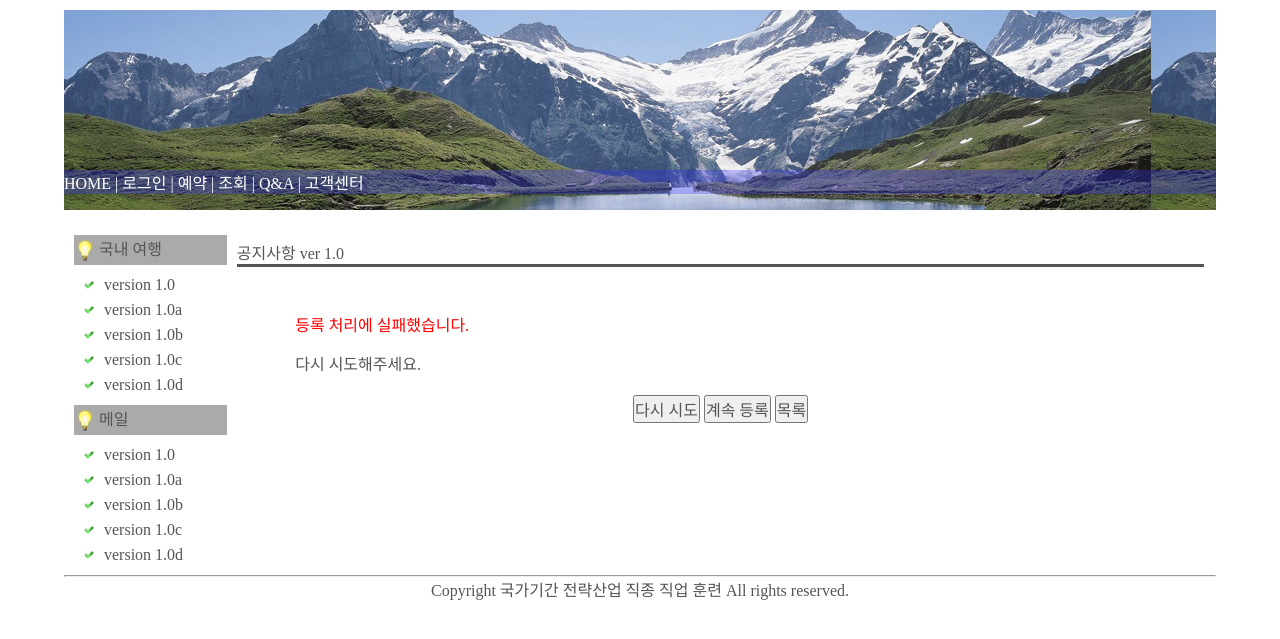
Repository: jangky000/ai_web
Page: http://localhost/blog_v2jc/mail_app/create_proc.jsp
These files come from the project's save history. The page is drawn as it stood at one moment and after the next save; the edit follows.
The browser window is 1280 px wide. The pictures show the whole page.
The page is served by Tomcat 9. Other server files are loaded and not shown. Queries for data that is not in the repository find no rows.

Above is the page before, as saved 2020-03-27 05:49:01.

### ws__frame/blog_v2jc/WebContent/mail_app/create_proc.jsp
<%@ page contentType="text/html; charset=UTF-8" %>

 <!-- MySQL에서 DBMS에 연결할때 쓰던 import 패키지와 구성이 같다. -->
 <!-- MovieDAO2.java 참조 -->
<%@ page import="java.sql.Connection" %>
<%@ page import=" java.sql.DriverManager" %>
<%@ page import="java.sql.PreparedStatement" %>
<%@ page import="java.sql.ResultSet" %>
<%@ page import="java.sql.SQLException" %>

<%
request.setCharacterEncoding("utf-8");
String root = request.getContextPath();
%>

<%
// 필요 변수 선언
Connection con = null;              // DBMS 연결
PreparedStatement pstmt = null; // SQL 실행
ResultSet rs = null;                   // SELECT 결과를 저장
StringBuffer sql = null;              // SQL 문장
int count = 0;                         // 처리된 레코드 갯수

// MYSQL
// String className = "org.gjt.mm.mysql.Driver"; // MySQL 연결 Driver
// String url = "jdbc:mysql://172.16.12.4:3306/javadb?useUnicode=true&characterEncoding=euckr"; //데이터베이스 javadb 사용

//Oracle, jdbc 연결
String className = "oracle.jdbc.driver.OracleDriver"; // Oracle 연결 Driver
String url = "jdbc:oracle:thin:@127.0.0.1:1521:XE"; //XE -> soldesk 등으로 달라질 수 있다.

String user = "ai6";
String password = "1234";
%>

<!DOCTYPE html>
<html lang="ko">
<head>
<meta charset="UTF-8">
<title></title>
<link href="<%=root%>/css/style.css" rel="Stylesheet" type="text/css">
</head>
<body>
<jsp:include page="/menu/top.jsp" flush='false' />
  <div class="title_line">공지사항 ver 1.0</div>
  <fieldset class="fieldset_basic">
    <!-- <legend class="legend_basic">공지사항 등록</legend> -->
      <ul>
        <%
        String title = request.getParameter("title");
        String content = request.getParameter("content");
        String rname = request.getParameter("rname");
        String passwd = request.getParameter("passwd");

      //네트워크 설정에 예외처리가 필수
        try {
          Class.forName(className); // memory로 클래스를 로딩함, 객체는 생성하지 않음.
          con = DriverManager.getConnection(url, user, password ); // MySQL 연결

          sql = new StringBuffer();
          //SQL문 앞에 한 칸 공백 만들기 + ' ; '지우기
          sql.append(" INSERT INTO notice(noticeno, title, content, rname, passwd, rdate )");
          sql.append(" VALUES (notice_seq.nextval, ?, ?, ?, ?, sysdate)"); // '?'는 ?값으로 판단, 문자열도 single quatation 없이 사용

          //StringBuffer를 문자열로 변환
          pstmt = con.prepareStatement(sql.toString());

          pstmt.setString(1, title);
          pstmt.setString(2, content);
          pstmt.setString(3, rname);
          pstmt.setString(4, passwd);

          //pstmt 바인딩 후에 실행
          count = pstmt.executeUpdate(); // INSERT, UPDATE, DELETE를 실행

        } catch (SQLException e) {
          System.out.println("SQL 실행 중 예외 발생");
          e.printStackTrace(); // 예외가 발생하기까지의 실행 과정 출력
        } catch (ClassNotFoundException e) {
          System.out.println("JDBC 드라이버가 없습니다.");
          e.printStackTrace();
        } finally {
          //try{ if (rs != null){ rs.close(); } }catch(Exception e){ }
          // 따로 에러 출력하지 않고 연결 종료
          try{ if (pstmt != null){ pstmt.close(); } }catch(Exception e){ }
          try{ if (con != null){ con.close(); } }catch(Exception e){ }
        }

      if(count == 1){
        %>
        <li class="li_none">등록 처리에 성공했습니다.</li>
        <%
      } else{
        %>
        <li class="li_error" >등록 처리에 실패했습니다.</li>
        <li class="li_none">다시 시도해주세요. </li>
        <%
      }
        %>
      </ul>
      <div class ="bottom_menu">
        <!-- onclick = "" javascript 연결 -->
        <%
        if(count == 0){
          %>
          <button type="button" onclick="history.back();">다시 시도</button>
          <%
        }
        %>
        <button type="button" onclick="location.href = './create_form.jsp'">계속 등록</button>
        <button type="button" onclick="location.href = './list.jsp'">목록</button>
      </div>
  </fieldset>

<jsp:include page="/menu/bottom.jsp" flush='false' />
</body>
</html>
</html>

### ws__frame/blog_v2jc/WebContent/menu/top.jsp
<%@ page contentType="text/html; charset=UTF-8" %>
<!-- jsp: include를 사용했기 때문에 root로 인한 충돌이 발생하지 않는다. -->
<% String root = request.getContextPath(); %>

<DIV class='container'>
  <DIV class='top_img'>
    <NAV class="top_menu">
      <a href="<%=root %>" class="menu_link">HOME</a> | 로그인 | 예약 | 조회 | Q&A | 고객센터
    </NAV>
  </DIV>

  <DIV style='margin-top: 10px;'> <!-- 좌측 메뉴 + 내용 시작 -->
    <DIV class='left_menu'> <!--  좌측 메뉴 시작 -->
      <div class="li_left_menu_1" >국내 여행</div>
      <UL>
         <!-- 모든 위치에서 동일한 주소를 찾아야하므로, 절대 경로로 설정 -->
        <LI class="li_left_menu_2"><a href="<%= request.getContextPath() %>/notice1/list.jsp">version 1.0</a></LI>
        <LI class="li_left_menu_2"><a href="<%= request.getContextPath() %>/notice1a/list.jsp">version 1.0a</a></LI>
        <LI class="li_left_menu_2"><a href="<%= request.getContextPath() %>/notice1b/list.jsp">version 1.0b</a></LI>
        <LI class="li_left_menu_2"><a href="<%= request.getContextPath() %>/notice1c/list.jsp">version 1.0c</a></LI>
        <LI class="li_left_menu_2"><a href="<%= request.getContextPath() %>/notice1d/list.jsp">version 1.0d</a></LI>
      </UL>
      <!-- br을 쓰는 것보다 margin으로 여백을 주는 것이 낫다 -->
      <div class="li_left_menu_1">메일</div>
      <UL>
        <LI class="li_left_menu_2"><a href="<%= request.getContextPath() %>/mail_app/list.jsp">version 1.0</a></LI>
        <LI class="li_left_menu_2"><a href="<%= request.getContextPath() %>/mail_app1a/list.jsp">version 1.0a</a></LI>
        <LI class="li_left_menu_2"><a href="<%= request.getContextPath() %>/mail_app1b/list.jsp">version 1.0b</a></LI>
        <LI class="li_left_menu_2"><a href="<%= request.getContextPath() %>/mail_app1c/list.jsp">version 1.0c</a></LI>
        <LI class="li_left_menu_2"><a href="<%= request.getContextPath() %>/mail_app1d/list.jsp">version 1.0d</a></LI>
      </UL>

    </DIV>  <!--  좌측 메뉴 종료 -->

    <DIV class='content_body'> <!--  내용 시작 -->

### ws__frame/blog_v2jc/WebContent/menu/bottom.jsp
<%@ page contentType="text/html; charset=UTF-8" %>

    </DIV> <!-- 내용 종료 -->
  </DIV> <!-- 좌측 메뉴 + 내용 종료 -->

  <!-- 화면 하단 메뉴 -->
  <DIV class='copyright'>
    <HR>
    Copyright 국가기간 전략산업 직종 직업 훈련 All rights reserved.
  </DIV>

</DIV> <!-- 컨테이너 종료 -->

### ws__frame/blog_v2jc/WebContent/css/style.css
/* ver 0.2 */
/* 모든 태그에 적용 */
  *{
     font-family: Malgun Gothic;
     font-size: 16px;
     margin: 0px;  /* top right bottom left */
     padding: 0px;
     color: #555555;
  }

  .container {
    width: 90%;
    margin: 10px auto;
  }

  /*
  이미지 경로 지정
  권장하지 않는 방법(절대경로): background-image: url('/blog_v2jc/css/images/top_image.jpg');
  권장하는 방법(상대경로): background-image: url('./images/top_image.jpg');
  style.css 파일이 include(link)되는 폴더를 현재 폴더로 인식함
  /blog_v2jc/css/style.css에서 사용
  /blog_v2jc/css/images/top_image.jpg 인식
   */
  .top_img {
    width: 100%;
    height: 200px;
    /* background-image: url('/blog_v2jc/menu/images/top_image.jpg'); */
    background-image: url('./images/top_image.jpg');
  }

  .top_menu {
    position: relative;  /* 부모 태그 기준 화면 상단 기준 */
    top: 80%;
    /* left: 2px;  */
    background-color: rgba(50, 50, 255, 0.3);
    color: white;
  }

  .left_menu {
    width: 15%;
    float: left;
  }

  .content_body {
    width: 84%;
    float: left;
  }

  .content_bottom {

  }

  .bottom_menu {
    text-align: center;
    margin: 20px auto;
    clear: both;
  }

  .copyright {
    text-align: center;
    margin: 20px auto; /* 블럭 가운데 정렬 */
    clear: both; /*  float: left; 해제 float 효과를 제거 */
  }

  .li_warning{/* 경고 메시지 */
    list-style: none;
    margin: 15px 10px;
    color: #ff6600;
  }

  .li_error{ /* 에러 메시지 */
    list-style: none;
    margin: 15px 10px;
    color: #FF0000;
  }

  .li_none{
    list-style: none;
    margin: 15px 10px;
  }

  .fieldset_basic{
    width:90%;
    margin:10px auto;
    border-top: none;
    border-right: none;
    border-bottom: none;
    border-left: none;
    padding: 10px;
  }

  .legend_basic{
    margin-left:30px;
    border:solid 1px #999999;
    background-color: #A6C2FF;
    color:#FFFFFF;
  }

  input:focus {outline:none;}
  .input_basic{
    border-top: none;
    border-right: none;
    border-bottom: solid 1px #999999;
    border-left: none;
  }

  .title_line{
    text-align:left;
    /* text-decoration: underline; */
    border-bottom: solid 3px #555555;
    width: 100%;
    margin: 20px auto;

  }

  .sub_menu{
    text-align: right;
    width: 100%;
  }

  .table_basic{
    border-collapse: collapse; /* 셀 합치기 */
    margin: 2px auto;
    width: 100%;
  }

  /*
    1em 기본값: 16px, 주변 태그의 글자 크기를 1em으로 인식
    div 태그가 20px일 경우 자식 태그가 0.5em이면 최종적으로 10px이 적용됨.
  */
  .th_basic{
    font-size: 0.8em;
    border-bottom: solid 1px #999999;
  }

  .td_basic{
    background-color: #ffffff;

    border-top: none;
    border-right: none;
    border-bottom: solid 1px #dddddd;
    border-left: none;

    text-align: center;
  }

  .td_left{
    background-color: #ffffff;

    border-top: none;
    border-right: none;
    border-bottom: solid 1px #dddddd;
    border-left: none;

    text-align: left;
  }

  A:link{  /* 방문전 상태 */
    text-decoration: none; /* 밑줄 삭제 */
    color: #555555;
  }

  A:visited{  /* 방문후 상태 */
    text-decoration: none; /* 밑줄 삭제 */
    color: #555555;
  }

  A:hover{  /* A 태그에 마우스가 올라간 상태 */
    text-decoration: underline; /* 밑줄 출력 */
    color: #7777FF;
  }

  A:active{  /* A 태그를 클릭한 상태 */
    text-decoration: underline; /* 밑줄 출력 */
    color: #7777FF;
  }

  /* top menu */
  .menu_link:link{  /* 방문전 상태 */
    text-decoration: none; /* 밑줄 삭제 */
    color: white;
  }

  .menu_link:visited{  /* 방문후 상태 */
    text-decoration: none; /* 밑줄 삭제 */
    color: white;
  }

  .menu_link:hover{  /* A 태그에 마우스가 올라간 상태 */
    text-decoration: underline; /* 밑줄 출력 */
    color: white;
    /* font-weight: bold; */
  }

  .menu_link:active{  /* A 태그를 클릭한 상태 */
    text-decoration: underline; /* 밑줄 출력 */
    color: white;
  }

  .content_title{
    border-top: none;
    border-right: none;
    border-bottom: solid 1px #999999;
    border-left: none;

    margin-bottom: 20px;
  }

  .content_bottom{
    border-top: none;
    border-right: none;
    border-bottom: none;
    border-left: none;
    margin: 20px 0;
    text-align: right;
    font-size: 0.8em;
  }

  .li_left_menu_1{/* 화면 좌측 대분류 */
    list-style: none;
    margin: 15px 10px;
    background: url(./images/li_left_menu_1.png) left center no-repeat; /* url 왼쪽 중간 반복x */
    background-color:#aaaaaa;
    background-size: 22px;
    padding-left: 25px;
    line-height: 30px;
  }

  .li_left_menu_2{/* 화면 좌측 중분류 */
    list-style: none;
    margin: 15px 10px;
    background: url(./images/li_left_menu_2.png) left center no-repeat; /* url 왼쪽 중간 반복x */
    background-size: 10px;
    margin-left: 20px;
    padding-left: 20px;
    line-height: 10px;
  }

After the next save:
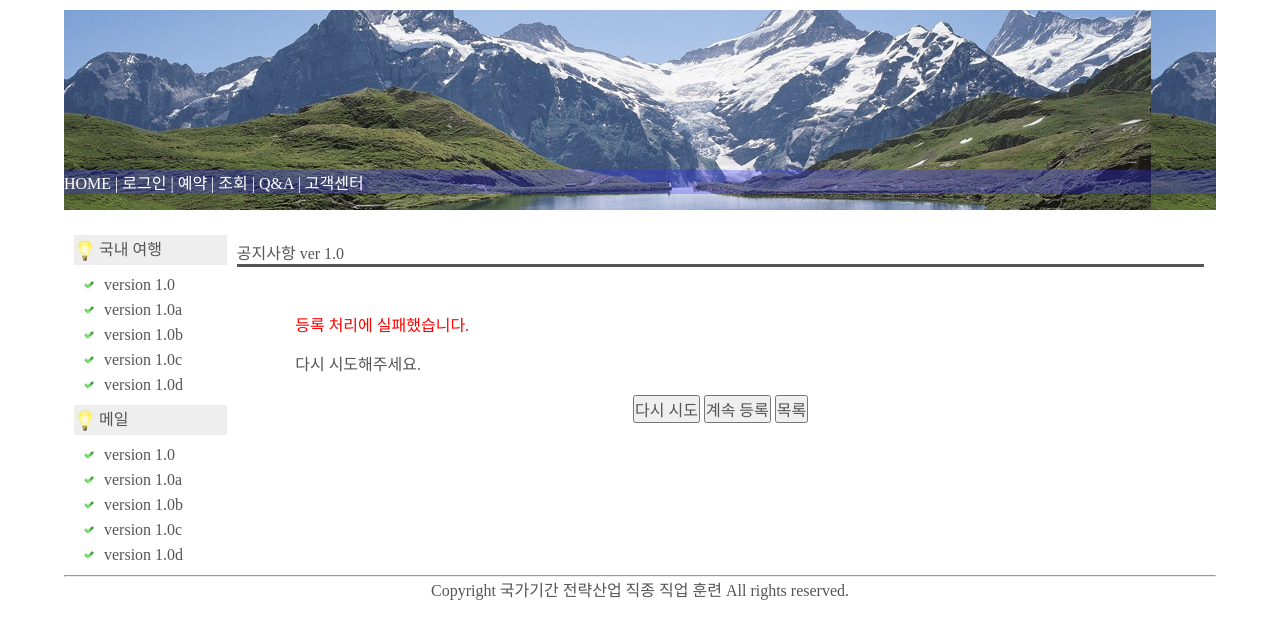
Saved 16 s later.
--- a/ws__frame/blog_v2jc/WebContent/css/style.css
+++ b/ws__frame/blog_v2jc/WebContent/css/style.css
@@ -220,7 +220,7 @@
     list-style: none;
     margin: 15px 10px;
     background: url(./images/li_left_menu_1.png) left center no-repeat; /* url 왼쪽 중간 반복x */
-    background-color:#aaaaaa;
+    background-color:#eeeeee;
     background-size: 22px;
     padding-left: 25px;
     line-height: 30px;
